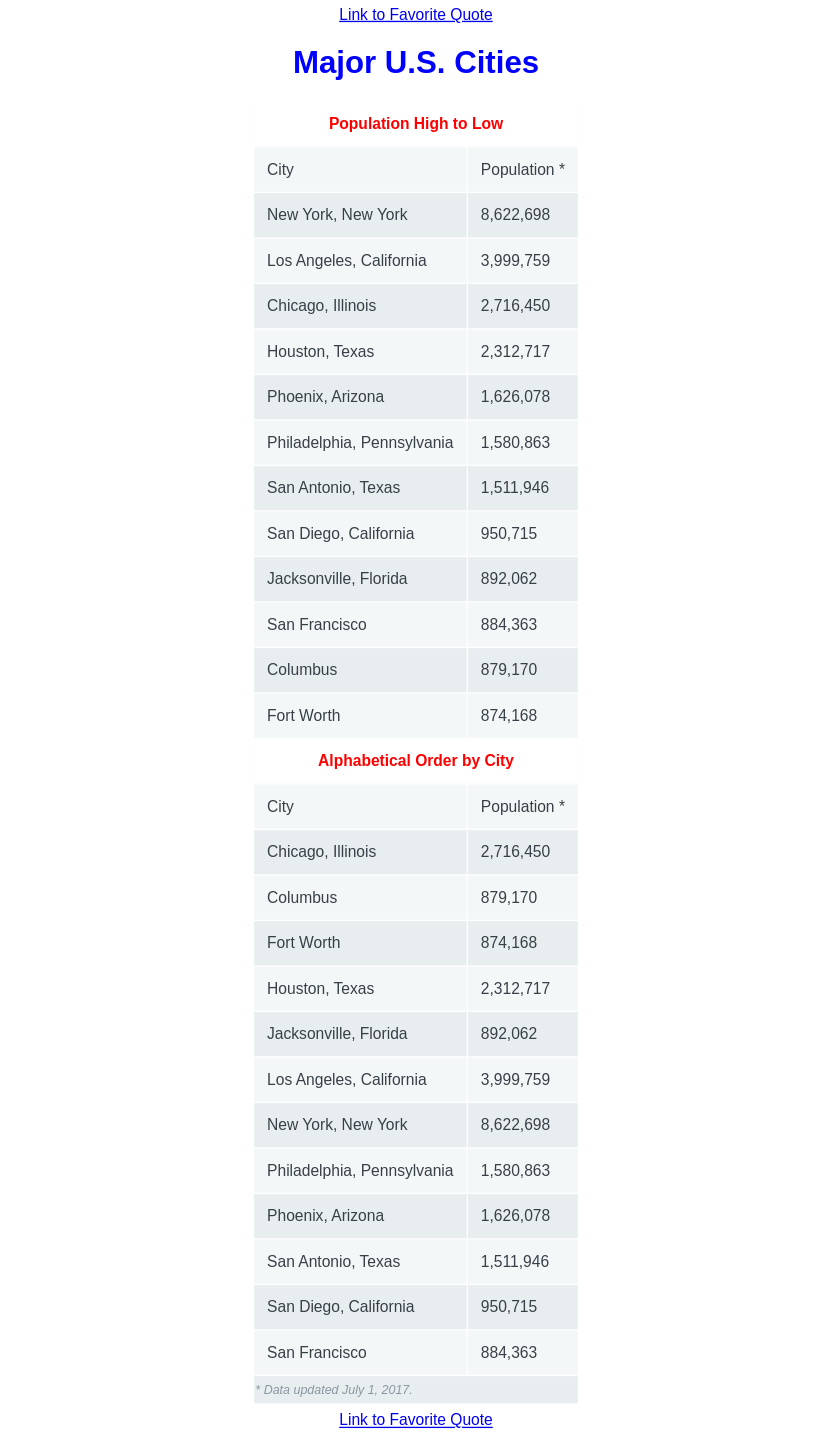
Repository: oduong1/COSW30
Page: http://localhost/homework/hw4/population_array.php
The author's editor kept a record of every edit. The page is drawn from the files as they stood at one moment, then again after the next edit.
The browser window is 1280 px wide. The pictures show the whole page, at 65% of full size.
Some web fonts or font styles are not loaded; a fallback is used. The page is run by PHP 8.4 with error messages shown; the project is at /var/www/html/.

Above is the page before.
Not found: homework/hw4/normalize.css

After the next edit:
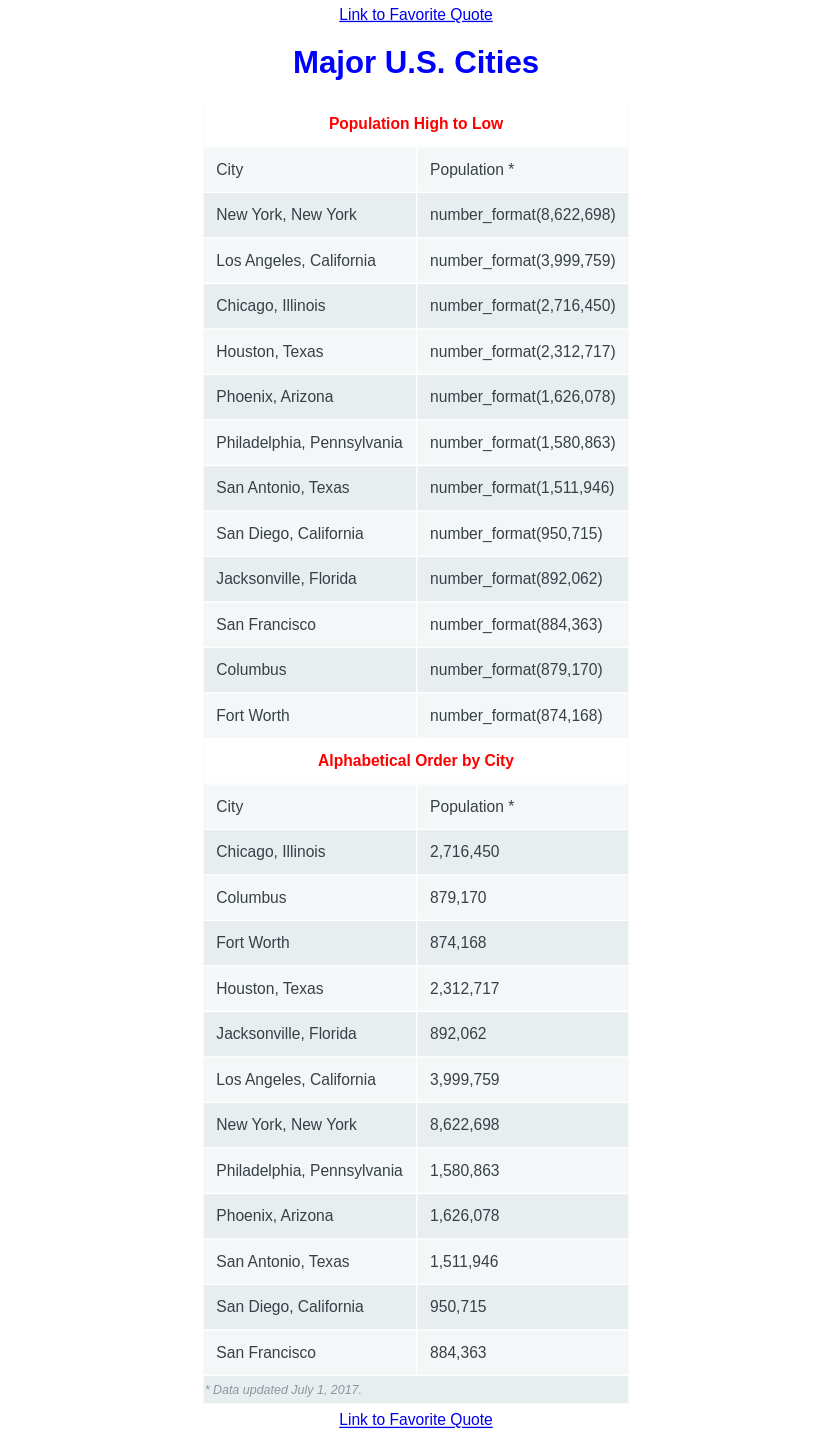
The edit:
--- a/homework/hw4/population_array.php
+++ b/homework/hw4/population_array.php
@@ -42,7 +42,7 @@
             echo "
                 <tr>
                   <td>$city</td>
-                  <td>$pop</td>
+                  <td>number_format($pop)</td>
                 </tr>\n";
             }
 

After the edit that followed:
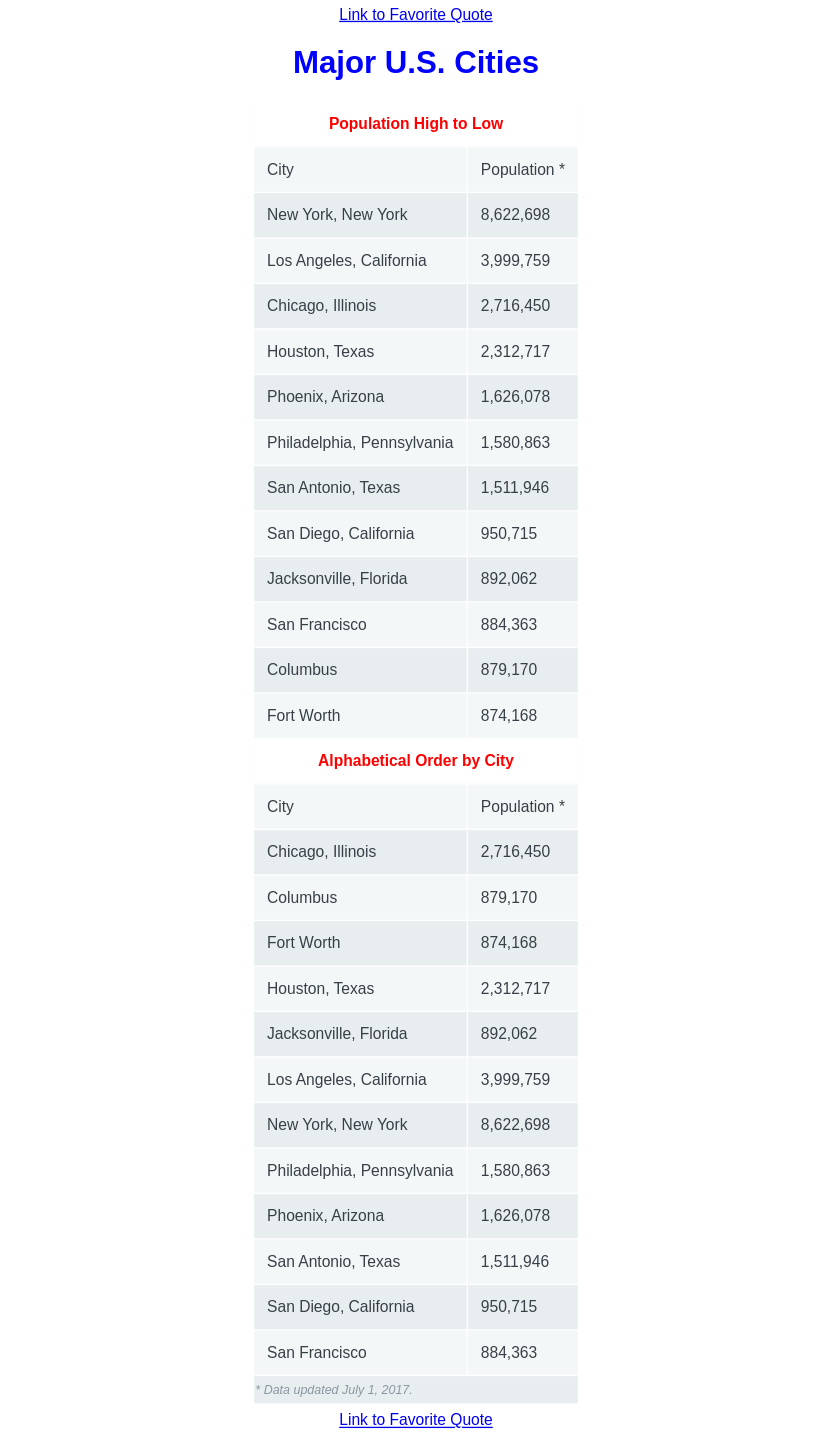
The edit:
--- a/homework/hw4/population_array.php
+++ b/homework/hw4/population_array.php
@@ -42,7 +42,7 @@
             echo "
                 <tr>
                   <td>$city</td>
-                  <td>number_format($pop)</td>
+                  <td>$pop</td>
                 </tr>\n";
             }
 
